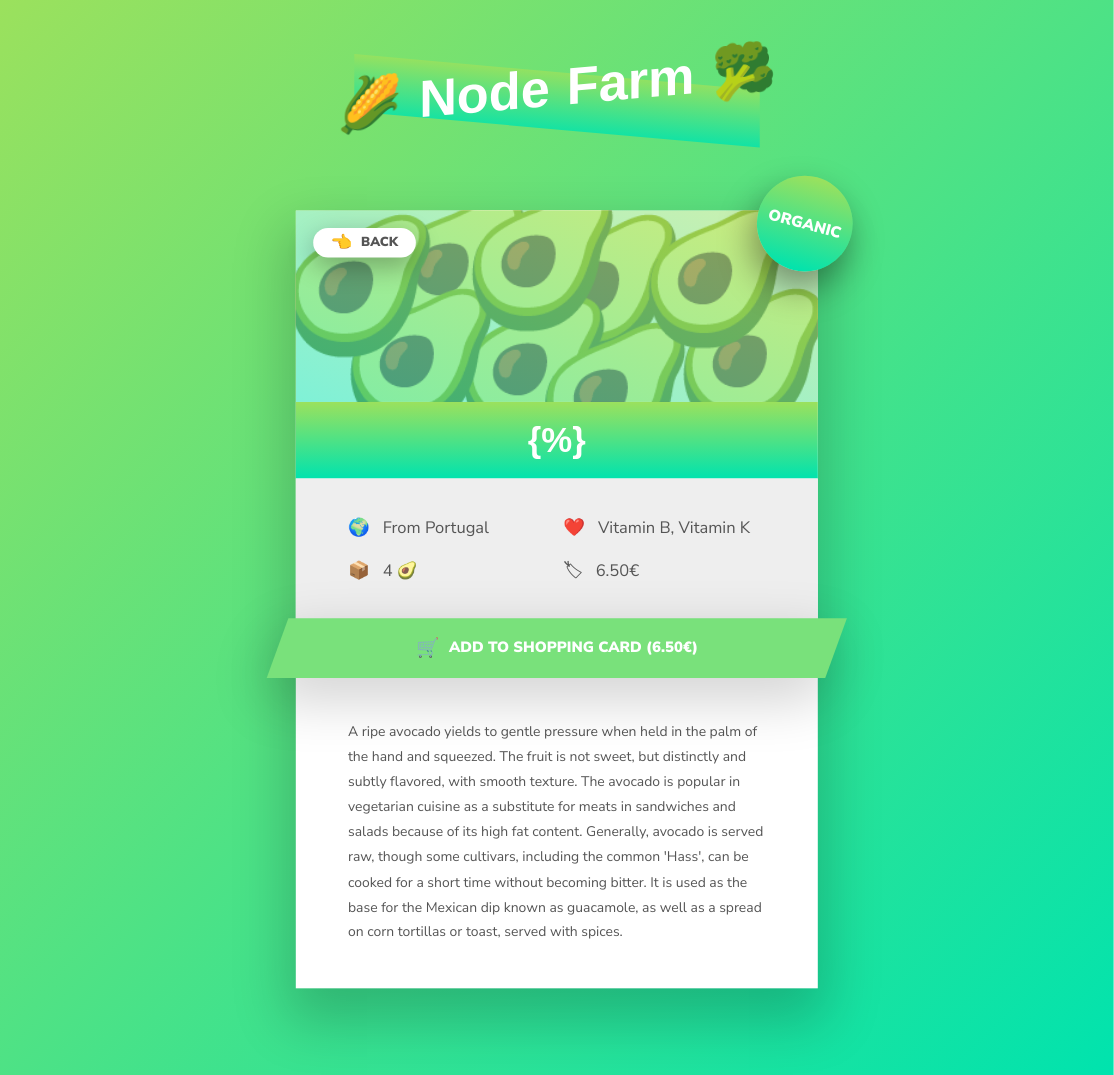
Repository: Tiantian-C/node2
Page: templates/product.html
These files come from the project's save history. The page is drawn as it stood at one moment and after a run of saves; the edit follows.
The browser window is 1280 px wide. The pictures show the whole page, at 87% of full size.
Some web fonts or font styles are not loaded; a fallback is used.

Above is the page before, as saved 2023-07-15 15:26:25.

After the next 3 saves:
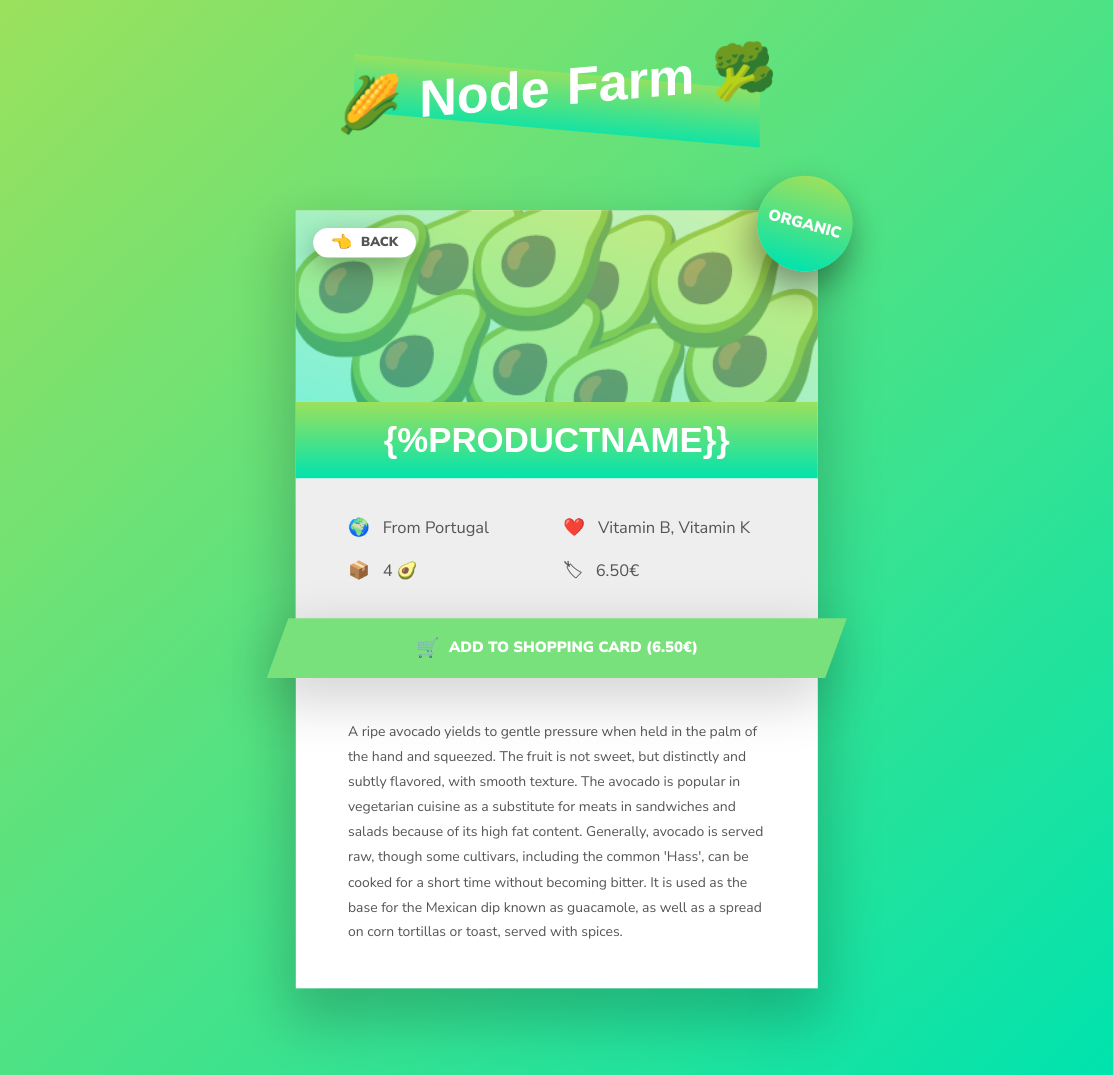
The 3 saves are shown as one change because they came seconds apart.
The last was saved 9 s later.
--- a/templates/product.html
+++ b/templates/product.html
@@ -285,7 +285,7 @@
           <span class="product__emoji product__emoji--8">🥑</span>
           <span class="product__emoji product__emoji--9">🥑</span>
         </div>
-        <h2 class="product__name">{%}</h2>
+        <h2 class="product__name">{%PRODUCTNAME}}</h2>
         <div class="product__details">
           <p><span class="emoji-left">🌍</span> From Portugal</p>
           <p><span class="emoji-left">❤️</span> Vitamin B, Vitamin K</p>
